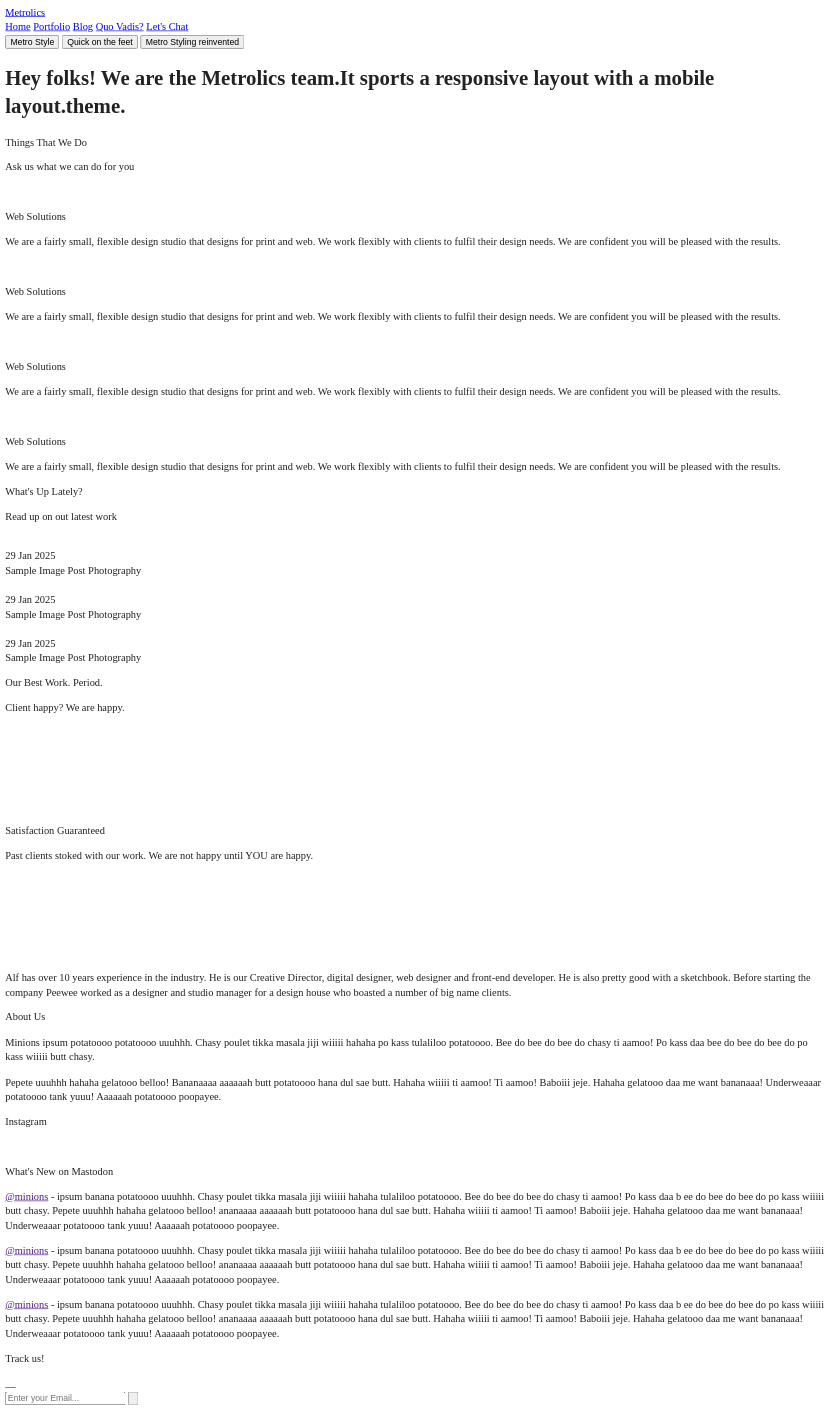
Repository: Angehyy/wk02_site
Page: index.html
These files come from the project's save history. The page is drawn as it stood at one moment and after the next save; the edit follows.
The browser window is 1280 px wide. The pictures show the whole page, at 65% of full size.

Above is the page before, as saved 2025-01-20 20:53:09.

After the next save:
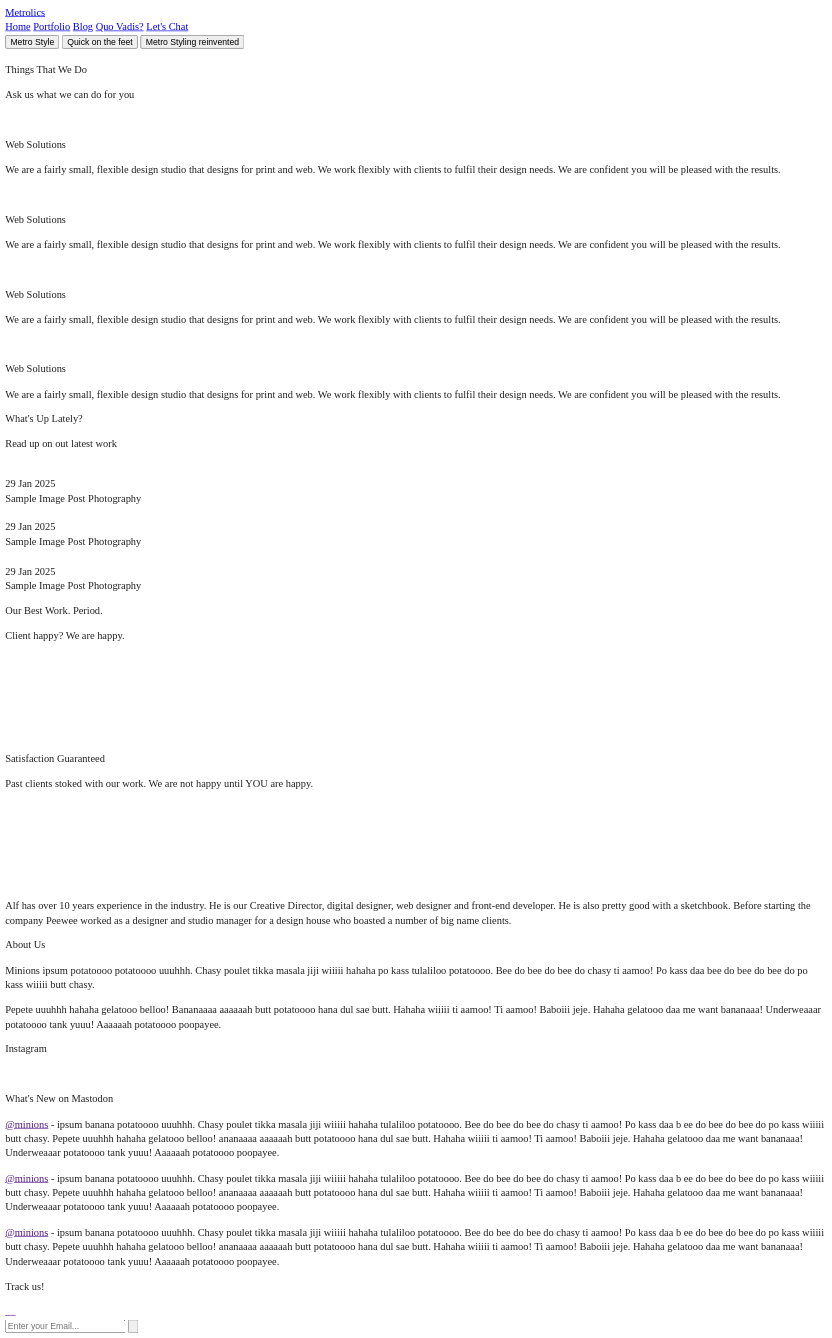
Saved 29 s later.
--- a/index.html
+++ b/index.html
@@ -45,7 +45,7 @@
     </div>
 
     <div class="main-text">
-      <h1 class="home-main-text">Hey folks! We are the <span class="highligh">Metrolics</span> team.It sports a responsive layout with a mobile layout.theme.</h2>
+      <h1 </h2>
     </div>
 
     <section class="section">
